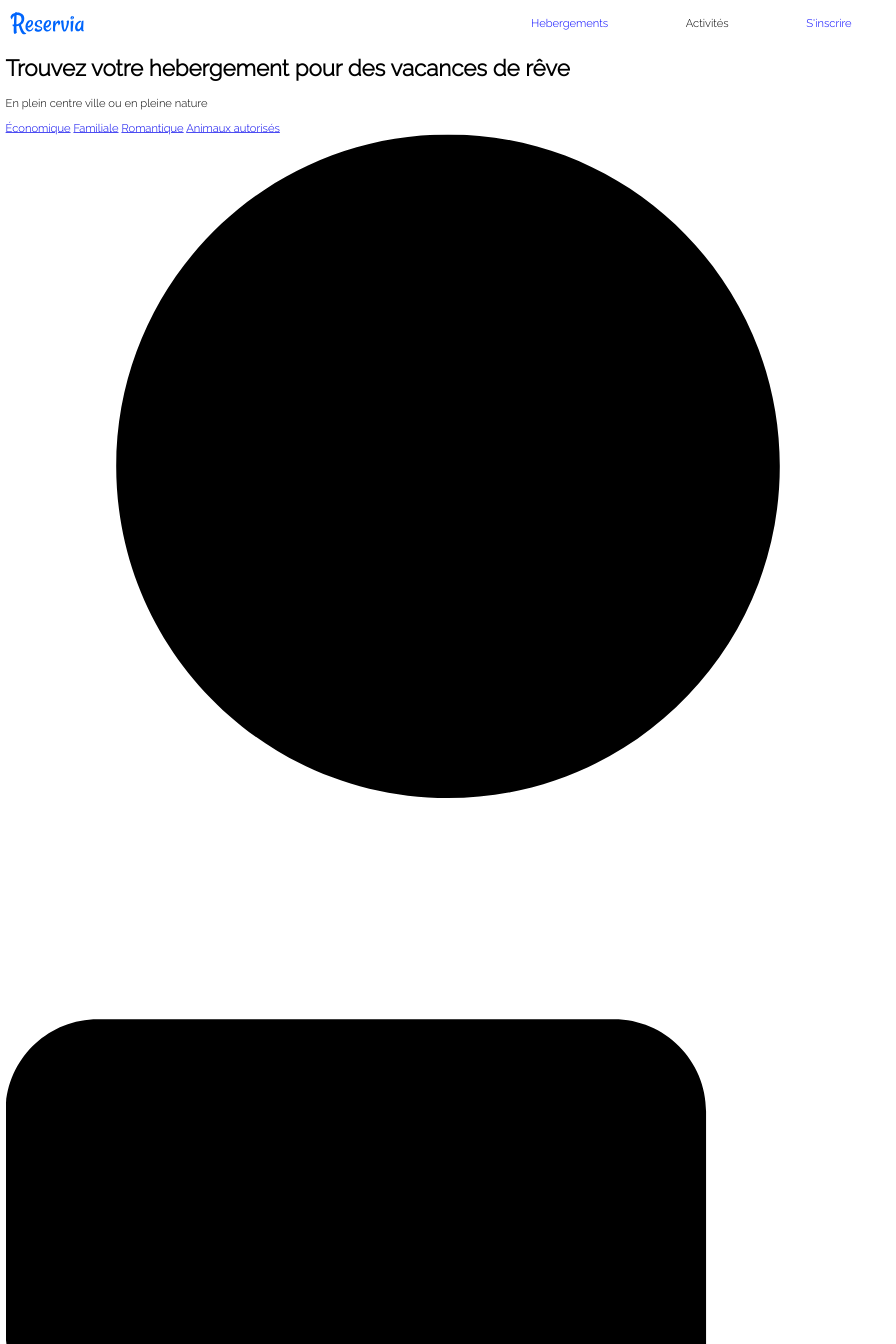
Repository: jaydeeonghub/DYLANBARBARISI_2_16062021
Page: index.html
An editor plug-in stored every save of this project. The page is shown before and after the next save, followed by the edit.
The browser window is 1280 px wide. The pictures show the part of the page from y = 0 to 1920 px (the page is 61077 px tall before and 61087 px after), at 70% of full size.

Above is the page before, as saved 2021-06-30 16:49:24.

After the next save:
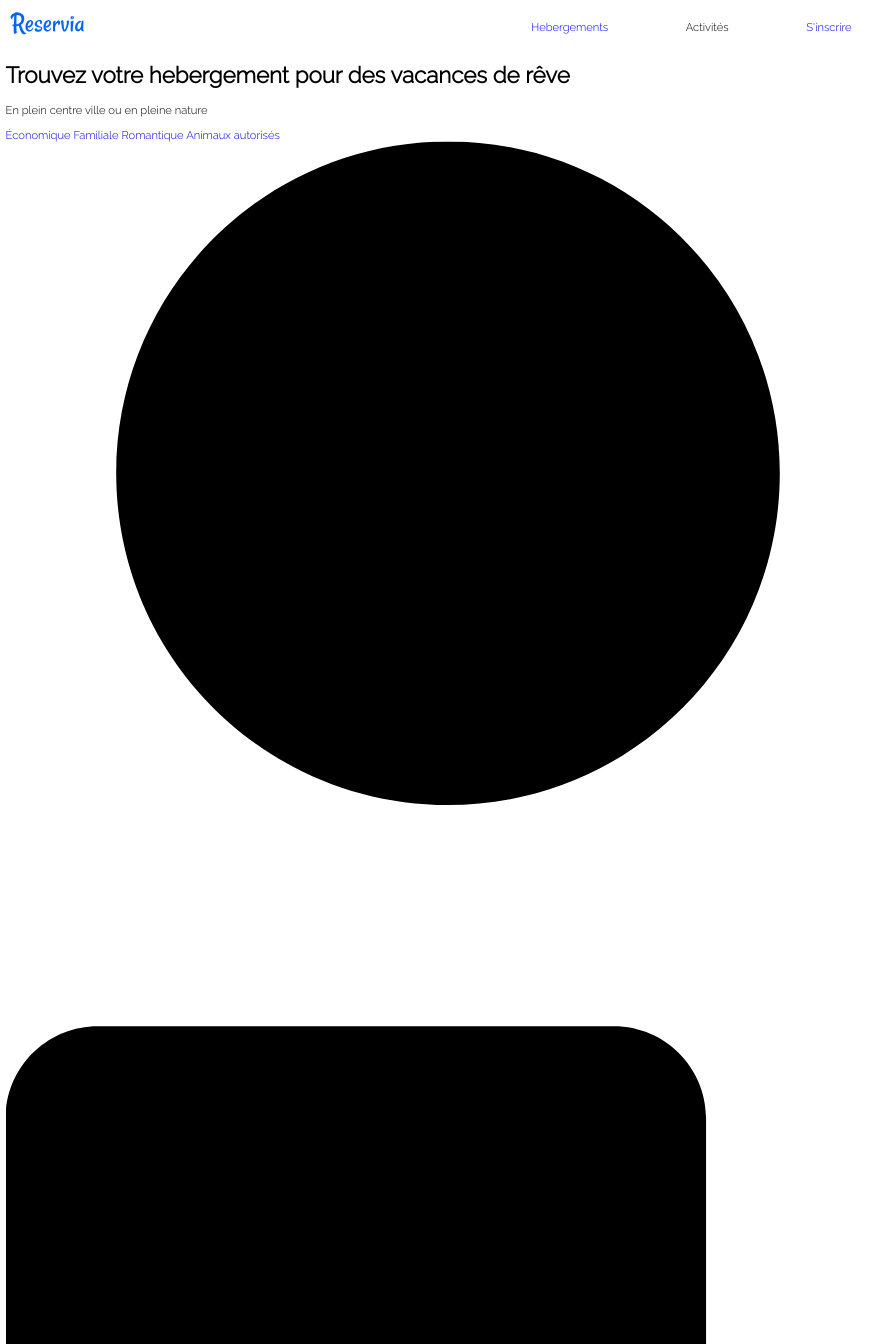
Saved 1 s later.
--- a/Assets/Style/Styles.css
+++ b/Assets/Style/Styles.css
@@ -4,6 +4,8 @@ body {font-family: 'Raleway', sans-serif;}
 h1 {font-family: 'Raleway', sans-serif;}
 
 li {display: inline;}
+
+a {text-decoration: none;}
 
 .flexCentre {
 
@@ -18,7 +20,7 @@ li {display: inline;}
     justify-content: space-around;
     align-items: center;
 }
-
+/* NAV */
 .Barre_de_navigation {
     display: flex;
     justify-content: space-between;
@@ -41,7 +43,6 @@ li {display: inline;}
 .LiensColor2 {
     color: black;
 }
-
-.decorationNone {
-    text-decoration: none;
+.marglogo {
+    margin-bottom: 10px;
 }
